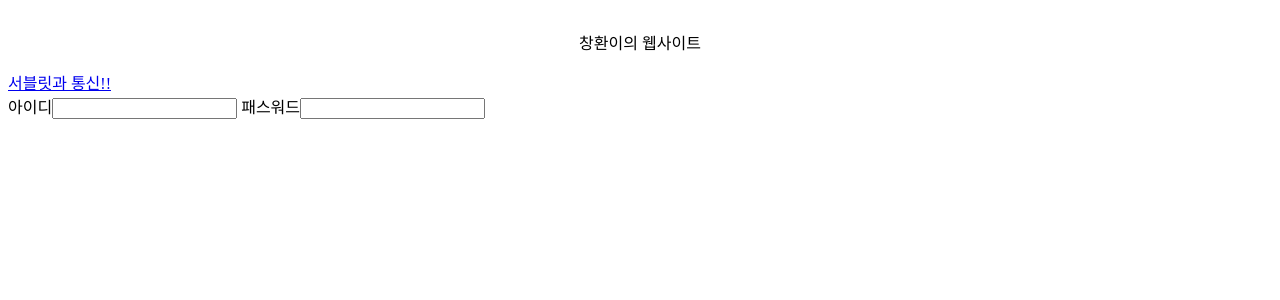
Repository: nohchanghwan/Java_study
Page: http://localhost/0724_frameworkWEB/
These files come from the project's save history. The page is drawn as it stood at one moment and after the next save; the edit follows.
The browser window is 1280 px wide. The pictures show the whole page.
The page is served by Tomcat 9. Other server files are loaded and not shown.

Above is the page before, as saved 2017-07-21 05:13:53.

### 0724_frameworkWEB/webapp/index.jsp
<%@ page language="java" contentType="text/html; charset=EUC-KR"
    pageEncoding="EUC-KR"%>

<!DOCTYPE html PUBLIC "-//W3C//DTD HTML 4.01 Transitional//EN" "http://www.w3.org/TR/html4/loose.dtd">
<html>
<head>
<meta http-equiv="Content-Type" content="text/html; charset=EUC-KR">
<title>Insert title here</title>
</head>
<body>
	<div align="center" style="margin-top:30px">
	  창환이의 웹사이트
	</div><p>
	<div align="left">
		<a href="./test.do?id=nochang&pwd=0701">서블릿과 통신!!</a>
		<form action="">
			아이디<input type="text" name="id"/>
			패스워드<input type="password" name="pwd"/>
		</form>
	</div>
</body>
</html>

After the next save:
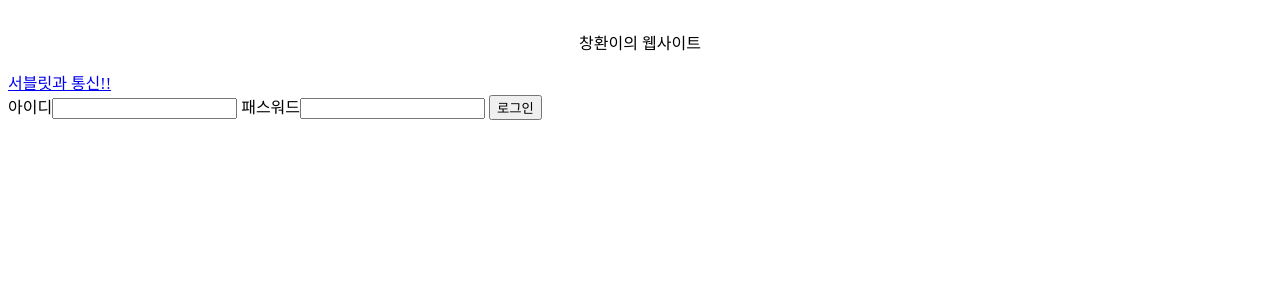
Saved 48 s later.
--- a/0724_frameworkWEB/webapp/index.jsp
+++ b/0724_frameworkWEB/webapp/index.jsp
@@ -16,6 +16,7 @@
 		<form action="">
 			아이디<input type="text" name="id"/>
 			패스워드<input type="password" name="pwd"/>
+			<input type="submit" value="로그인">
 		</form>
 	</div>
 </body>
